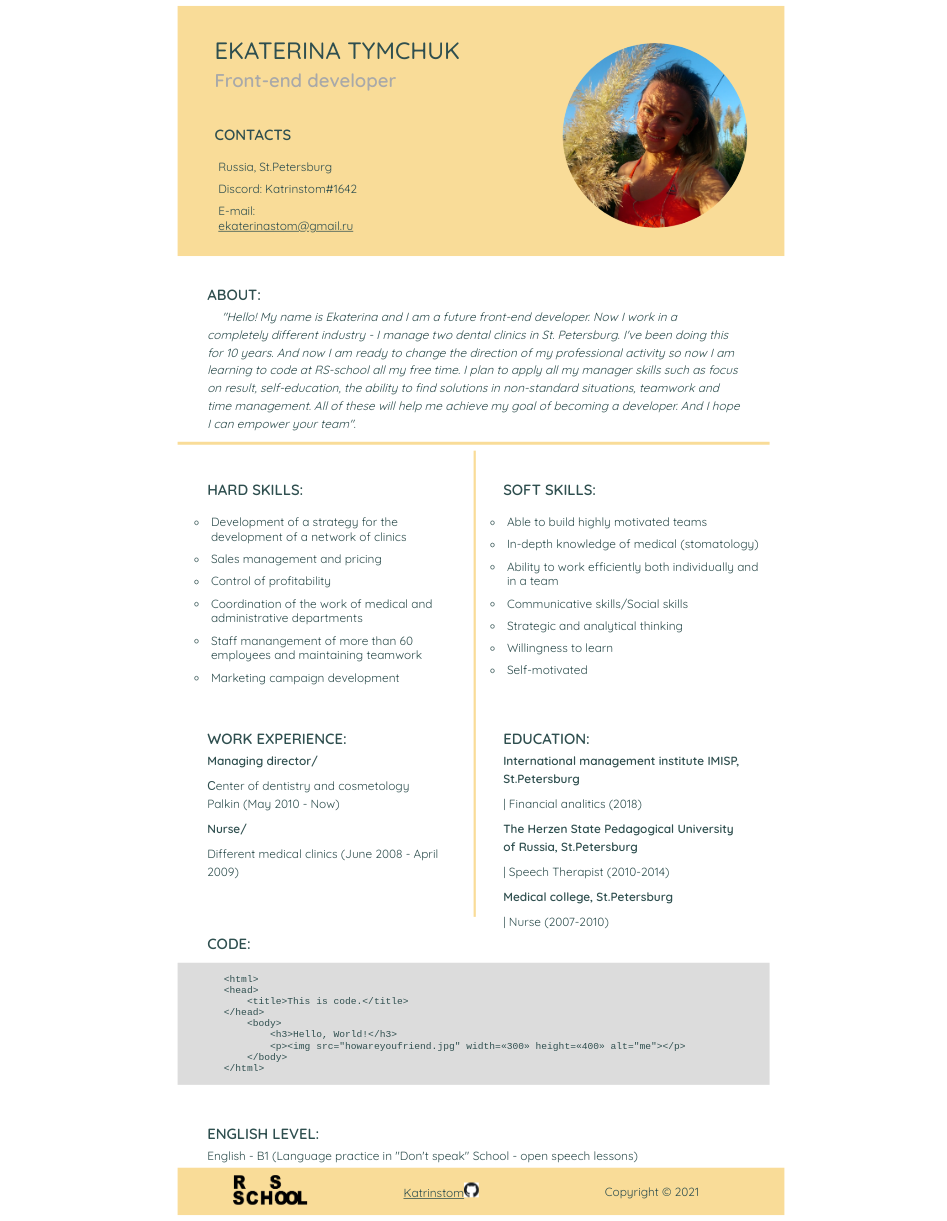
Repository: Katrinstom/rsschool-cv
Page: index.html
An editor plug-in stored every save of this project. The page is shown before and after the next save, followed by the edit.
The browser window is 1280 px wide. The pictures show the whole page, at 74% of full size.

Above is the page before, as saved 2022-01-02 18:26:14.

### index.html
<!DOCTYPE html>
<html lang="en">
<head>
    <meta charset="UTF-8">
    <meta http-equiv="X-UA-Compatible" content="IE=edge">
    <meta name="viewport" content="width=device-width, initial-scale=1.0">
    <title>CV</title>
    <link type="text/css" rel="stylesheet" href="style.css"/>
    <link rel="preconnect" href="https://fonts.googleapis.com">
<link rel="preconnect" href="https://fonts.gstatic.com" crossorigin>
<link href="https://fonts.googleapis.com/css2?family=Quicksand:wght@400;500;600&display=swap" rel="stylesheet">
</head>
<body>
    <div id="wrapper">
        <header class="bigblock">
                <img class="pic" src="images/1909_oooo.plus.png" alt="itsme" width="250" height="250">
                <h1>Ekaterina Tymchuk</h1>
                <h3>Front-end developer</h3>
                <h4>Contacts</h4>
                <ul class="nonumber">
                    <li>Russia, St.Petersburg</li>
                    <li>Discord: Katrinstom#1642</li>
                    <li>E-mail:<a href="mailto:ekaterinastom@gmail.ru">ekaterinastom@gmail.ru</a></li>
                </ul>
        </header>
        <article>
            <div class="block1">
                <h4>About:</h4>
                <p>"Hello! My name is Ekaterina and I am a future front-end developer. Now I work in a completely different industry - I manage two dental clinics in St. Petersburg. I've been doing this for 10 years. And now I am ready to change the direction of my professional activity so now I am learning to code at RS-school all my free time. I plan to apply all my manager skills such as focus on result, self-education, the ability to find solutions in non-standard situations, teamwork and time management. All of these will help me achieve my goal of becoming a developer. And I hope I can empower your team".</p>
            </div>
        </article>
        <hr>
        <div class="line"></div>
        <section>
            <div class="blockleft">
                <h4>Hard skills:</h4>
                <ul>
                    <li>Development of a strategy for the development of a network of clinics</li>
                    <li>Sales management and pricing</li>
                    <li>Control of profitability</li>
                    <li>Coordination of the work of medical and administrative departments</li>
                    <li>Staff manangement of more than 60 employees and maintaining teamwork</li>
                    <li>Marketing campaign development</li>
                </ul>
            </div>
            <div class="blockleft">
                <h4>Soft skills:</h4>
                <ul>
                    <li>Able to build highly motivated teams</li>
                    <li>In-depth knowledge of medical (stomatology)</li>
                    <li>Ability to work efficiently both individually and in a team</li>
                    <li>Communicative skills/Social skills</li>
                    <li>Strategic and analytical thinking</li>
                    <li>Willingness to learn</li>
                    <li>Self-motivated</li>
                </ul>
            </div>
        </section>
        <section>
            <div style="clear:both"></div>
            <div class="blockleft">
                <h4>Work experience:</h4>
                <b>Managing director/</b>
                <p>Сenter of dentistry and cosmetology Palkin (May 2010 - Now)</p>
                <b>Nurse/</b>
                <p>Different medical clinics (June 2008 - April 2009)</p>
            </div>
            <div class="blockleft">
                <h4>Education:</h4>
                <b>International management institute IMISP, St.Petersburg</b>
                <p>| Financial analitics (2018)</p>
                <b>The Herzen State Pedagogical University of Russia, St.Petersburg</b>
                <p>| Speech Therapist (2010-2014)</p>
                <b>Medical college, St.Petersburg</b>
                <p>| Nurse (2007-2010)</p>
            </div>
        </section>
        <section>
            <div class="block2">
                <h4>Code:</h4>
                <pre><code>
        &LT;html&GT;
        &LT;head&GT;
            &LT;title&GT;This is code.&LT;/title&GT;
        &LT;/head&GT;
            &LT;body&GT;
                &LT;h3&GT;Hello, World!&LT;/h3&GT;
                &LT;p&GT;&LT;img src="howareyoufriend.jpg" width=«300» height=«400» alt="me"&GT;&LT;/p&GT;
            &LT;/body&GT;
        &LT;/html&GT;
                </code></pre>
            </div>
            <div class="block2">
            <h4>English level:</h4>
            <p>English - B1 (Language practice in "Don't speak" School - open speech lessons)</p>
            </div>
        </section>
        <footer class="footer">
            <div class="flexcont">
                <a href="https://rs.school/js/"><img src="images/logo-rsschool3.png" alt="logo-rsschool3" width="100" height="40"></a>
                <a href="https://github.com/Katrinstom">Katrinstom<img src="images/gitpic.png" alt="gitlogo" width="20" height="20"></a>
                <p>Copyright © 2021</p>
             </div>
        </footer>
    </div>
</body>
</html>

### style.css
#wrapper {
    width: 800px;
    margin: 0 auto;
    background-color:white;
}
.bigblock {
    width: 800px;
    height: auto;
    background-color: #f9dc98;
    margin: 0;
    padding: 10px;
}
body {
    font-family: 'Quicksand', sans-serif;
}
h1 {
  padding: 30px 40px 5px;
  text-align: left;
  font-family:'Quicksand', sans-serif;
  font-weight: 500;
  font-size: 32px;
  text-transform: uppercase;
  color:darkslategray;
  margin: 0;
}
h3 {
    padding: 0px 40px 5px;
    text-align: left;
    font-family:'Quicksand', sans-serif;
    font-size: 25px;
    color:darkgrey;
    margin: 0;
}
h4 {
    font-family:'Quicksand', sans-serif;
    font-size: 20px;
    text-transform: uppercase;
    padding: 40px 40px 0px;
    text-align: left;
    color: darkslategray;
    margin: 0;
}
ul {
    list-style-type:circle;
    padding: auto;
}
.nonumber {
    list-style-type:none;
}
li {
    text-align: left;
    color: darkslategray;
    font-family: 'Quicksand', sans-serif;
    margin: 0;
    padding: 5px 5px 5px;
}
.block1 p {
    text-align: left;
    color: darkslategray;
    font-family: 'Quicksand', sans-serif;
    font-style: italic;
    margin: 0;
    height: auto;
    width: auto;
    padding: 5px 40px 5px;
    line-height: 1.5;
    text-indent: 20px;
}
.block2 {
    text-align: left;
    color: darkslategray;
    margin: 0;
    height: auto;
    width: auto;
    padding: 0;
}
.blockleft {
    text-align: left;
    color: darkslategray;
    font-family: 'Quicksand', sans-serif;
    margin: 0;
    float: left;
    height: auto;
    width: 50%;
    padding: 0;
}
.pic {
    border-radius: 50%;
    float: right;
    padding: 40px;
}
p, b {
    display: block;
    text-align: left;
    color: darkslategray;
    font-family: 'Quicksand', sans-serif;
    margin: 0;
    height: auto;
    width: auto;
    padding: 5px 40px 5px;
    line-height: 1.5;
}
.block2 code {
    text-align: left;
    background-color: gainsboro;
    display: block;
}
.flexcont {
    display: flex;
    flex-direction: row;
    justify-content: space-around;
    align-items: center;
}
a {
    display: block;
}
hr {
    border: solid 2px #f9dc98;
}
.line {
    border-left: solid 3px #f9dc98;
    height: 630px;
    position: absolute;
    left: 50%;
}
li a {
    color: darkslategray;
}
footer a {
    color: darkslategray;
}
.footer {
    width: 800px;
    height: auto;
    background-color: #f9dc98;
    margin: 0;
    padding: 10px;
}

After the next save:
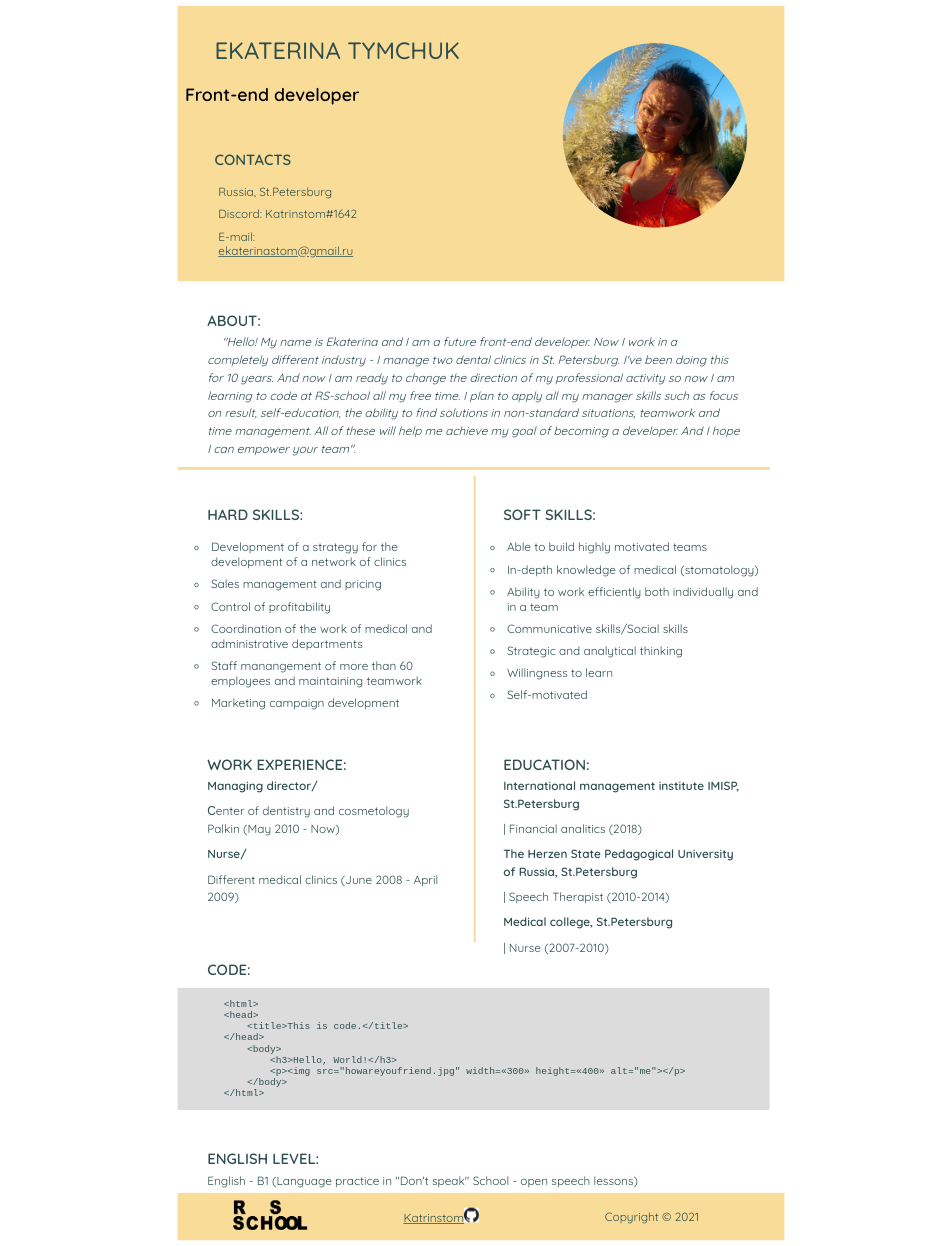
Saved 69 s later.
--- a/index.html
+++ b/index.html
@@ -15,7 +15,7 @@
         <header class="bigblock">
                 <img class="pic" src="images/1909_oooo.plus.png" alt="itsme" width="250" height="250">
                 <h1>Ekaterina Tymchuk</h1>
-                <h3>Front-end developer</h3>
+                <h2>Front-end developer</h2>
                 <h4>Contacts</h4>
                 <ul class="nonumber">
                     <li>Russia, St.Petersburg</li>
